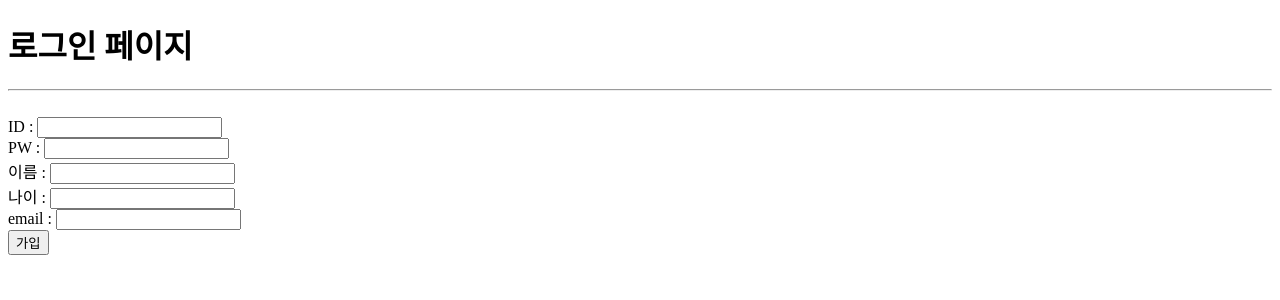
Repository: yangone8249/jsp_project
Page: http://localhost/yang_project/member/MemberLogin.jsp
These files come from the project's save history. The page is drawn as it stood at one moment and after the next save; the edit follows.
The browser window is 1280 px wide. The pictures show the whole page.
The page is served by Tomcat 9. Other server files are loaded and not shown.

Above is the page before, as saved 2023-05-26 02:31:51.

### yang_project/yang_project/src/main/webapp/member/MemberLogin.jsp
<%@ page language="java" contentType="text/html; charset=UTF-8"
    pageEncoding="UTF-8"%>
<!DOCTYPE html>
<html>
<head>
<meta charset="UTF-8">
<title>로그인</title>
</head>
<body>
	<h1>로그인 페이지</h1>
		<hr><br>
	<form action="/mem/insert">
	ID : <input type="text" name="id"/><br>
	PW : <input type="password" name="password"/><br>
	이름 : <input type="text" name="name"/><br>
	나이 : <input type="text" name="age"/><br>
	email : <input type="email" name="email"/><br>
	<button type="submit">가입</button>
	</form>
</body>
</html>

After the next save:
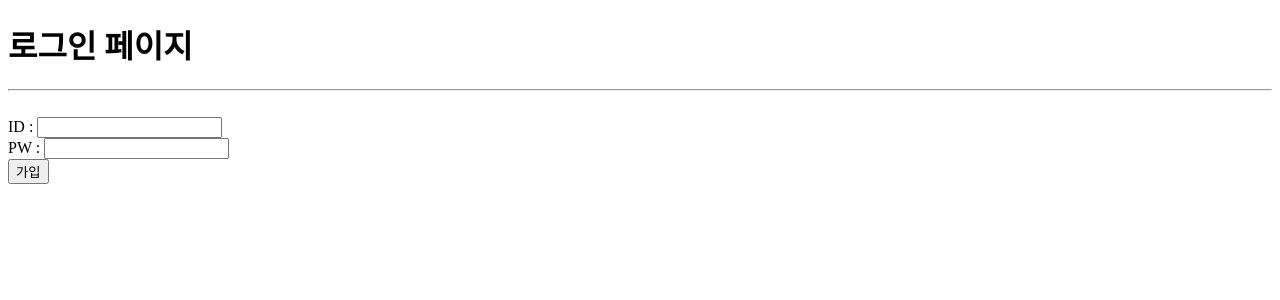
Saved 4 s later.
--- a/yang_project/yang_project/src/main/webapp/member/MemberLogin.jsp
+++ b/yang_project/yang_project/src/main/webapp/member/MemberLogin.jsp
@@ -12,9 +12,6 @@
 	<form action="/mem/insert">
 	ID : <input type="text" name="id"/><br>
 	PW : <input type="password" name="password"/><br>
-	이름 : <input type="text" name="name"/><br>
-	나이 : <input type="text" name="age"/><br>
-	email : <input type="email" name="email"/><br>
 	<button type="submit">가입</button>
 	</form>
 </body>
